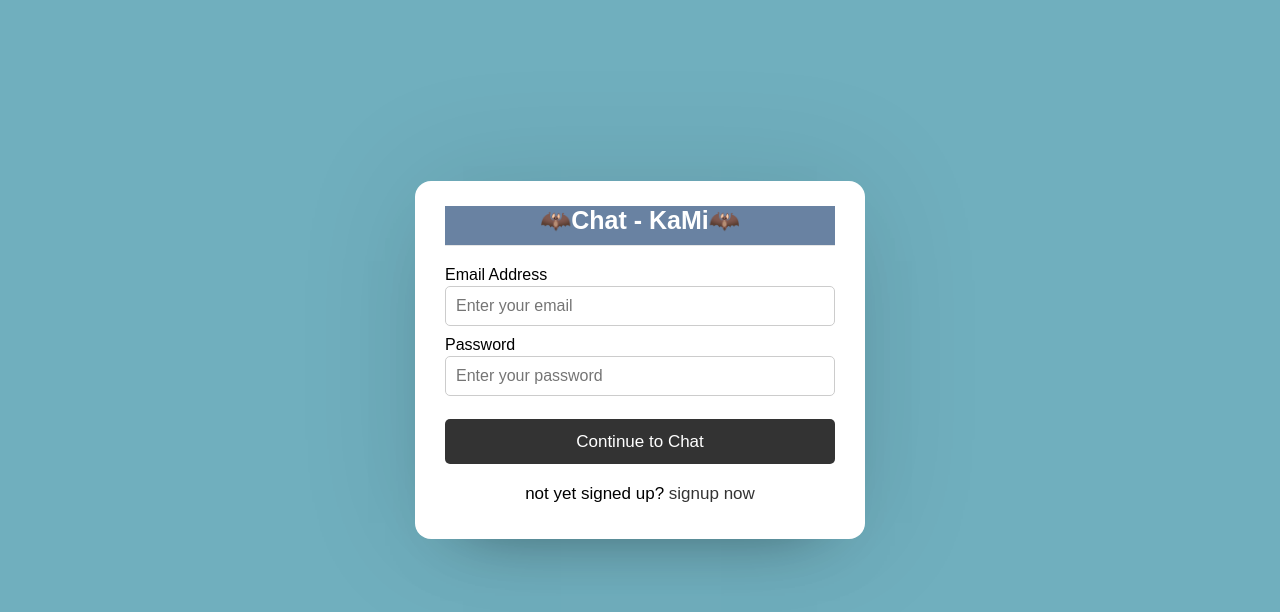
Repository: kananavy/CONQUER
Page: http://localhost/login.php
The author's editor kept a copy of each file at every save. The page is drawn from the files as they stood at one save, then again after the next save.
The browser window is 1280 px wide. The pictures show the whole page.
The page is run by PHP 8.4 with error messages shown; the project is at /var/www/html/.

Above is the page before, as saved 2023-01-21 08:10:07.

### login.php
<?php
session_start();
if(isset($_SESSION['unique_id'])){ //if user logged in
    header("location: user.php");
}
?>
<?php include_once "header.php"; ?>
<body>
    <div class="wrapper">
        <section class="form login">
            <header>🦇Chat - KaMi🦇</header>
            <form action="#"  autocomplete="off">
                <div class="error-txt"></div>
                    <div class="field input">
                        <label>Email Address</label>
                        <input type="email" name="email" placeholder="Enter your email" >
                    </div>
                    <div class="field input">
                        <label>Password</label>
                        <input type="password" name="password" placeholder="Enter your password" >
                        <i class="fas fa-eye"></i>
                    </div>
                    <div class="field button">
                        <input type="submit" value="Continue to Chat">
                    </div>
            </form>
            <div class="link">not yet signed up? <a href="index.php">signup now</a></div>
        </section>
    </div>
    <script src="javascript/login.js"></script>
</body>
</html>

### header.php
<!DOCTYPE html>
<html lang="en">
<head>
    <meta charset="UTF-8">
    <meta http-equiv="X-UA-Compatible" content="IE=edge">
    <meta name="viewport" content="width=device-width, initial-scale=1.0">
    <title>Teste</title>
    <link rel="stylesheet" href="chat.css">
</head>

### chat.css
*{
    margin: 0;
    padding: 0;
    box-sizing: border-box;
    text-decoration: none;
    font-family: 'Poppins', sans-serif;
}
body{
    display: flex;
    align-items: center;
    justify-content: center;
    min-height: 100vh;
    background: #70afbe;
    /* background-color: rgb(71, 182, 202); */
}
.wrapper{
    background: #fff;
    width: 450px;
    border-radius: 16px;
    box-shadow: 0 0 128px 0 rgba(0, 0, 0, 0.1),
                0 32px 64px -48px rgba(0, 0, 0, 0.5);
}

/*signup Form CSS code */
.form{
    padding: 25px 30px ;
}
.form header{
    font-size: 25px;
    font-weight: 600;
    padding-bottom: 10px;
    border-bottom: 1px solid #e6e6e6;
    color: rgb(255, 255, 255);
    text-align: center;
    background-color: rgba(41, 76, 122, 0.699);

}
.form form{
    margin: 20px 0;
}
.form form .error-txt{
    color: #721c24;
    background: #f8d7da;
    padding: 8px 10px;
    text-align: center;
    border-radius: 5px;
    margin-bottom: 10px;
    border: 1px solid #f5c6cb;
    display: none;
}
.form form .name-details{
    display: flex;
}
form .name-details .field:first-child{
    margin-right: 10px;
}
form .name-details .field:last-child{
    margin-left: 10px;
}
.form form .field{
    display: flex;
    flex-direction: column;
    margin-bottom: 10px;
}
.form form .field label{
    margin-bottom: 2px;
}
.form form .field input{
    outline: none;
}
.form form .input input{
    height: 40px;
    width: 100%;
    font-size:16px;
    padding: 0 10px;
    border: 1px solid#ccc;
    border-radius: 5px;
}
.form form .image input{
    font-size: 17px;
}
.form form .button input{
    margin-top: 13px;
    height: 45px;
    border: none;
    font-size: 17px;
    font-weight: 400;
    background: #333;
    color: #fff;
    border-radius: 5px;
    cursor: pointer;
}
.form .link{
    text-align: center;
    margin: 10px 0;
    font-size: 17px;
}
.form .link a{
    color: #333;
}
.form .link a:hover{
    text-decoration: underline;
}

/* Users Area CSS code */
.users{
    padding: 25px 30px;
}
.users header,
.users-list a{
    display: flex;
    align-items: center;
    padding-bottom: 20px;
    justify-content: space-between;
    border-bottom: 1px solid #e6e6e6;
}
.wrapper img{
    object-fit: cover;
    border-radius: 50%;
}
:is(.users, .users-list) .content{
    display: flex;
    align-items: center;
}
.users header .content img{
    height: 50px;
    width: 60px;
}
:is(.users, .users-list) .details{
    color: #000;
    margin-left: 15px;
}
:is(.users, .users-list) .details span{
    font-size:18px ;
    font-weight: 500;
}
.users header .logout{
  color: #fff;
  font-size: 17px;
  padding: 7px 15px;
  background: #333;
  border-radius: 5px;
}
.users .search{
    margin: 20px 0;
    display: flex;
    position: relative;
    align-items: center;
    justify-content: space-between;
}
.users .search .text{
    font-size: 18px;
}
.users .search input{
    position: absolute;
    height: 42px;
    width: calc(100% - 50px);
    border: 1px solid #ccc;
    padding: 0 13px ;
    font-size: 16px;
    border-radius: 5px 0 0 5px;
    outline: none;
    opacity: 0;
    pointer-events: none;
    transition: all 0.3s ease;
}
.users .search input.active{
    opacity: 1;
    pointer-events: auto;
}
.users .search button{
    width: 47px;
    height: 42px;
    border: none;
    outline: none;
    color: #333;
    background: #fff;
    cursor: pointer;
    font-size: 17px;
    border-radius: 0 5px 5px 0;
    transition: all 0.2s ease;

}
.users .search button.active{
    color: #fff;
    background: #333;
}
.users-list{
    max-height: 300px;
    overflow: auto;
}
:is(.users-list, .chat-box)::-webkit-scrollbar{
    width: 0px;

}
.users-list a{
    padding-right: 15px;
    margin-bottom: 15px;
    padding-right: 10px;
}
.users-list a .content img{
    height: 40px;
    width: 40px;
    border-bottom-color: #f1f1f1;
}
.users-list a .content p{
    color: #67676a;
}
.users-list a:last-child{
    border:none;
    margin-bottom: 0px;
}
.users-list a .status-dot{
    font-size: 15px;
    color: #05b43f;
}
/* We'll use this class name in phpto show offline status */
.users-list a .status-dot.offline{
   color: rgb(43, 32, 32);
   visibility: hidden;
}

/* Chat Area VSS code */
.chat-area header{
    display: flex;
    align-items: center;
    padding: 18px 30px;
}
.chat-area header .back-icon{
    font-size: 18px;
    color: #333;
}
.chat-area header img{
    height: 45px;
    width: 45px;
    margin: 0 15px;
}
.chat-area header span{
    font-size: 17px;
    font-weight: 500;
}
.chat-box{
    height: 400px;
    overflow: auto;
    background: #f7f7f7;
    padding: 10x 30px 20px 30px;
    box-shadow: inset 0 32px 32px -32px rgb(0 0 0 /5%),
                inset 0 32px 32px -32px rgb(0 0 0 /5%);
}
.chat-box .chat{
    margin: 15px 0;
}
.chat-box .chat p{
    word-wrap: break-word;
   padding: 8px 16px;
   box-shadow: 0 0 32px rgb(0 0 0 / 8%),
                0 16px 16px -16px rgb(0 0 0 / 10%);
}
.chat-box .outgoing{
    display: flex;
    align-items: flex-end;
}
.outgoing .details{
    margin-left: 10px;
    margin-right: auto;
    max-width: calc(100% - 130px);
}
.outgoing .details p{
    background: rgb(52, 51, 134);
    color: #fff;
    border-radius: 18px 18px 18px 0;
}
.chat-box .incoming{
    display: flex;
    /* align-items: flex-end; */
}
.chat-box .outgoing img{
    height: 35px;
    width: 35px;
}
.incoming .details{
    margin-right: 10px;
    margin-left: auto;
    max-width: calc(100% - 130px);
}
.incoming .details{
    background: #333;
    color: #fff;
    border-radius: 18px 18px 0 18px;
}
.chat-area .typing-area{
    padding: 18px 30px;
    display: flex;
    justify-content: space-between;
}
.typing-area input{
    height: 45px;
    width: calc(100% - 58px);
    font-size: 17px;
    border: 1px solid #ccc;
    padding: 0 13px;
    border-radius: 5px 0 0 5px;
    outline: none;
}
.typing-area button{
    width: 55px;
    border: none;
    outline: none;
    background: #333;
    color: #fff;
    border-radius: 0 5px 5px 0;
}

### javascript/login.js
const form = document.querySelector(".login form"),
continueBtn = form.querySelector(".button input"),
errorText = form.querySelector(".error-txt");

form.onsubmit = (e)=>{
    e.preventDefault(); //preventing form form submitting
}

continueBtn.onclick = ()=>{
// let's start Ajax
    let xhr = new XMLHttpRequest(); //creating XML object
    xhr.open("POST", "php/login.php", true);
    xhr.onload = ()=>{
        if(xhr.readyState === XMLHttpRequest.DONE){
            if(xhr.status === 200){
                let data = xhr.response;
                console.log(data);
                if(data == "success"){
                    location.href = "user.php";
                }else{
                    errorText.textContent = data;
                    errorText.style.display = "block";
                }
            }
        }
    }
    // we have to send the form date thought ajax to php
    let formData = new FormData(form); //crating new formData Object
    xhr.send(formData); //Sending the form data to php
}

After the next save:
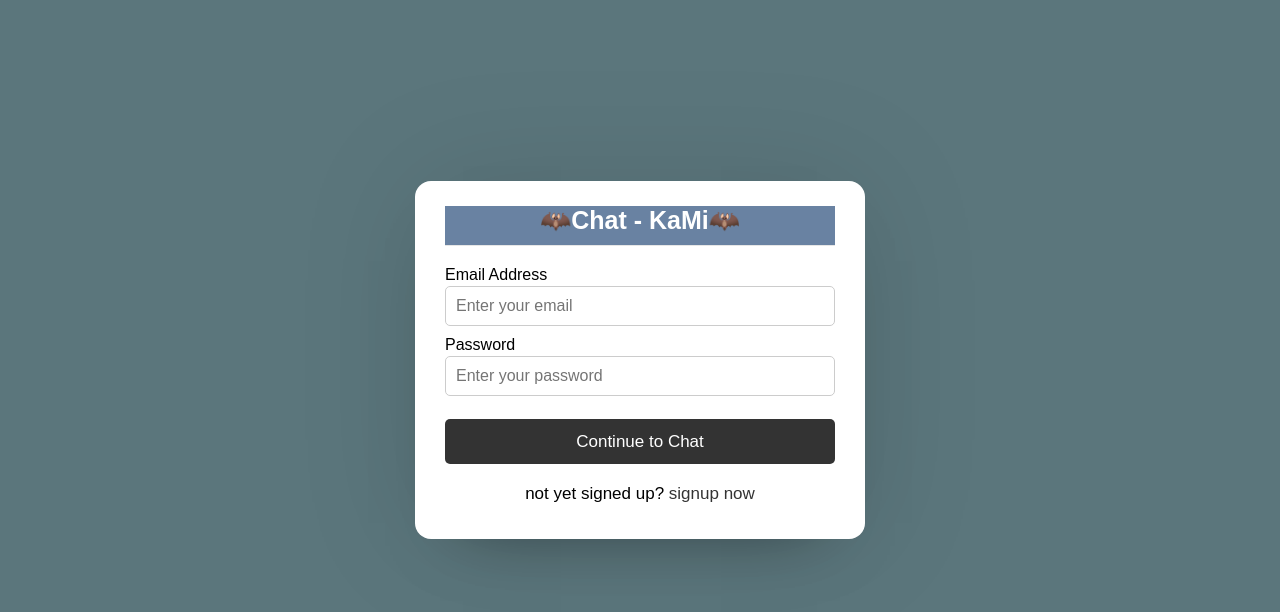
Saved 91 min 45 s later.
--- a/chat.css
+++ b/chat.css
@@ -10,7 +10,7 @@ body{
     align-items: center;
     justify-content: center;
     min-height: 100vh;
-    background: #70afbe;
+    background: #5b767c;
     /* background-color: rgb(71, 182, 202); */
 }
 .wrapper{
